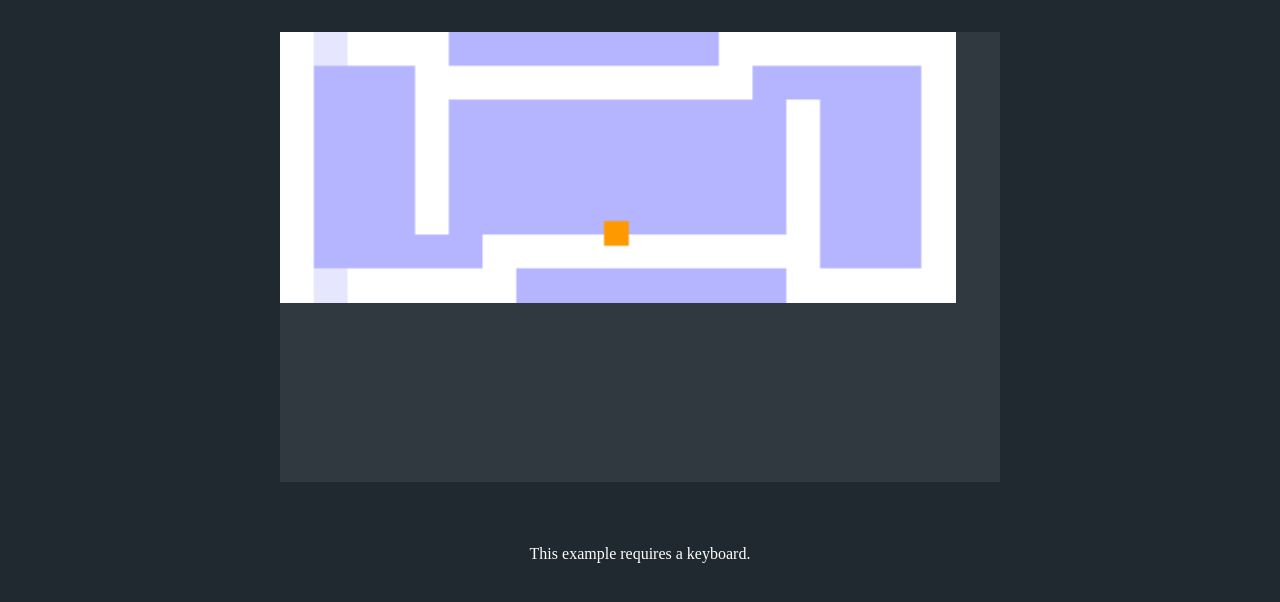
Repository: jh0l/WorldsHardestGame
Page: index.html
An editor plug-in stored every save of this project. The page is shown before and after the next save, followed by the edit.
The browser window is 1280 px wide. The pictures show the whole page.

Above is the page before, as saved 2018-07-19 00:30:41.

### index.html
<html>

<head>

	<meta name="viewport" content="width=device-width">
	<link href="src/index.css" rel="stylesheet" type="text/css">

	<title>PoP Vlog - Top Down Tiles</title>

</head>

<body>

	<canvas></canvas>

	<p>This example requires a keyboard.</p>

	<script src="src/index.js" type="text/javascript"></script>

</body>

</html>

### src/index.css
* {
  box-sizing: border-box;
  margin: 0;
  padding: 0;
}

html {
  height: 100%;
  width: 100%;
}

body {
  align-content: space-around;
  background-color: #202830;
  color: #ffffff;
  display: grid;
  grid-template-columns: auto;
  grid-template-rows: auto auto auto auto;
  height: 100%;
  justify-content: space-around;
  text-align: center;
  width: 100%;
}

canvas {
  background-color: #303840;
  justify-self: center;
}

### src/index.js
(function() {
  "use strict";

  var controller, display, game;

  controller = {
    down: false,
    left: false,
    right: false,
    up: false,

    keyUpDown: function(event) {
      var key_state = event.type == "keydown" ? true : false;

      switch (event.keyCode) {
        case 65:
          controller.left = key_state;
          break; // left key
        case 87:
          controller.up = key_state;
          break; // up key
        case 68:
          controller.right = key_state;
          break; // right key
        case 83:
          controller.down = key_state;
          break; // down key
      }
    }
  };
  const tileValColor = (val, index) => {
    if (val !== '0') {
      return index % game.world.columns - 1 === 0 ? "#e6e6ff" : "#fff";
    }
    return "#b4b5fe";
  };
  display = {
    buffer: document.createElement("canvas").getContext("2d"),
    context: document.querySelector("canvas").getContext("2d"),
    output: document.querySelector("p"),

    render: function() {
      for (let index = game.world.map.length - 1; index > -1; --index) {
        this.buffer.fillStyle = tileValColor(game.world.map[index], index);
        this.buffer.fillRect(
          (index % game.world.columns) * game.world.tile_size,
          Math.floor(index / game.world.columns) * game.world.tile_size,
          game.world.tile_size,
          game.world.tile_size
        );
      }

      this.buffer.fillStyle = game.player.color;
      this.buffer.fillRect(
        game.player.x,
        game.player.y,
        game.player.width,
        game.player.height
      );

      this.context.drawImage(
        this.buffer.canvas,
        0,
        0,
        this.buffer.canvas.width,
        this.buffer.canvas.height,
        0,
        0,
        this.context.canvas.width,
        this.context.canvas.height
      );
    },

    resize: function(event) {
      var client_height = document.documentElement.clientHeight;

      display.context.canvas.width = document.documentElement.clientWidth - 32;

      if (display.context.canvas.width > client_height) {
        display.context.canvas.width = client_height;
      }

      display.context.canvas.height = Math.floor(
        display.context.canvas.width * 0.625
      );

      display.render();
    }
  };
  const playerSize = 11;
  game = {
    /* This is the player object. Make sure to note that for this collision method
    to work, you must record the current and last positions of your game objects
    to use in collision detection. It is used to calculate the vector used to determine
    if an object is entering into a collision tile and from what side. */
    player: {
      color: "#ff9900",
      height: playerSize,
      old_x: 160, // these are what you should take note of. Don't worry, it's useful
      old_y: 160, // to keep track of old positions for many physics methods. These aren't one trick pony's.
      speed: 3,
      velocity_x: 0,
      velocity_y: 0,
      width: playerSize,
      x: 160 - 16,
      y: 100 - 16,

      // These functions just make it easy to read the collision code
      get bottom() {
        return this.y + this.height;
      },
      get oldBottom() {
        return this.old_y + this.height;
      },
      get left() {
        return this.x;
      }, // kind of pointless, but used
      get oldLeft() {
        return this.old_x;
      }, // to help visualize the collision methods
      get right() {
        return this.x + this.width;
      },
      get oldRight() {
        return this.old_x + this.width;
      },
      get top() {
        return this.y;
      }, // equally pointless as left side calculations
      get oldTop() {
        return this.old_y;
      }
    },

    world: {
      map: []
      // the routing functions below with matching numbers

      // represent these tiles and route their values to
      // the collision methods you might expect based on their names
    },

    /* This object is responsible for getting the collision methods that match
    tile values in the map. It uses what I call routing functions to group reusable
    narrow phase collision methods together to create a variety of different tile
    boundary shapes. You can get the same effect with an array of routing functions rather
    than giving an object's routing functions numeric indexes, if you prefer. It might be faster. */
    collision: {
      // top wall collision tile
      1: function(object, row, column) {
        // The player hits the bottom of ceiling tiles.
        this.bottomCollision(object, row);
      },

      // left wall collision tile
      2: function(object, row, column) {
        this.rightCollision(object, column);
      },

      // right wall collision tile
      3: function(object, row, column) {
        // The player collides with the left side of a wall on the right of the map.
        this.leftCollision(object, column); // Confusing to visualize, but true.
      },

      // bottom wall collision tile
      4: function(object, row, column) {
        this.topCollision(object, row);
      },

      // block tile with four walls
      5: function(object, row, column) {
        /* It makes sense to test the most likely side to be collided with first.
        In a top down game, all sides are hit about the same number of times, depending
        on gameplay, but in a side scroller with downward pulling gravity, the tops of
        tiles will usually get the most traffic, so it makes sense to test the tops
        first in those scenarios. */
        if (this.topCollision(object, row)) {
          return;
        } // Make sure to early out
        if (this.leftCollision(object, column)) {
          return;
        } // if a collision is detected.
        if (this.rightCollision(object, column)) {
          return;
        }
        this.bottomCollision(object, row); // No need to early out on the last check.
      },
      // left and right only
      6: function(object, row, column) {
        if (this.leftCollision(object, column)) {
          return;
        }
        this.rightCollision(object, column);
      },
      // left, right and bottom only
      7: function(object, row, column) {
        if (this.leftCollision(object, column)) {
          return;
        }
        if (this.rightCollision(object, column)) {
          return;
        }
        this.bottomCollision(object, row); // No need to early out on the last check.
      },
      //left right and top only
      8: function(object, row, column) {
        if (this.leftCollision(object, column)) {
          return;
        }
        if (this.rightCollision(object, column)) {
          return;
        }
        this.topCollision(object, row); // No need to early out on the last check.
      },
      //left and top
      9: function(object, row, column) {
        if (this.leftCollision(object, column)) {
          return;
        }
        this.topCollision(object, row); // No need to early out on the last check.
      },
      //bottom and right
      a: function(object, row, column) {
        if (this.rightCollision(object, column)) {
          return;
        }
        this.bottomCollision(object, row); // No need to early out on the last check.
      },

      /* Here are the narrow phase collision detection and response functions.
      For a deeper insight into how these work, and what's going on, I'm using
      leftCollision as an example. The principles I explain here apply to all
      of the other narrow phase collision methods. Note that they're basically
      doing the same thing, just for different flat sides of a tile. */
      leftCollision(object, column) {
        /* To calculate the player's movement vector, I'm no longer using its velocity (like in the last tutorial).
        Instead, I'm going to calculate it based on it's current and last positions.
        the old way was if (object.velocity_x > 0), now it's if (object.x - object.old_x > 0).
        This is a bit more reliable in my opinion, depending on how and when you calculate your velocity. */

        /* If the object is not moving right, how will it ENTER into the left side of a tile?
        If not moving right, the player can't possibly ENTER the left side of a tile.
        We are only concerned with resolving collisions objects ENTER into. If they are spawned
        inside a collision tile, it is not the collision manager's job to resolve that, it is
        the level designer's job to fix the level design so collision can be as efficient as possible. */
        if (object.x - object.old_x > 0) {
          // the left side of the specified tile column
          var left = column * game.world.tile_size;

          /* This tests to see if our object is ENTERING through the collision boundary
          along the correct movement vector. If its current position is past the boundary
          and its old position is before the boundary, we know that it has entered into collision with the tile. */
          if (object.right > left && object.oldRight <= left) {
            object.velocity_x = 0;
            object.x = object.old_x = left - object.width - 0.001;
            /* You really don't need to reset the player's old position here if you are
            setting it at the start of each game loop, but if you are using a fixed time step
            game loop with interpolation, it will make your collisions look more pixel perfect.
            The reason for this is because with interpolation, your player may be drawn slightly
            away from the wall he just collided with on the next frame of animation depending on
            how much time has passed. So, you don't need to do this, but it doesn't hurt. It may
            be a problem if you end up changing old positions for player to player collisions as well,
            however, because old positions are used to calculate vectors for tile collision.
            Just make sure changing old positions are the last thing you do before the next frame,
            and you should be fine. */

            return true;
          }
        }

        return false;
      },

      rightCollision(object, column) {
        if (object.x - object.old_x < 0) {
          // the right side of the specified tile column
          var right = (column + 1) * game.world.tile_size;

          if (object.left < right && object.oldLeft >= right) {
            object.velocity_x = 0;
            object.old_x = object.x = right;

            return true;
          }
        }

        return false;
      },

      bottomCollision(object, row) {
        // if the object is moving up
        if (object.y - object.old_y < 0) {
          var bottom = (row + 1) * game.world.tile_size;

          if (object.top < bottom && object.oldTop >= bottom) {
            object.velocity_y = 0;
            object.old_y = object.y = bottom;
          }
        }
      },

      topCollision(object, row) {
        // if the object is moving down
        if (object.y - object.old_y > 0) {
          // the top side of the specified tile row
          var top = row * game.world.tile_size;

          // if the object has passed through the tile boundary since the last game cycle
          if (object.bottom > top && object.oldBottom <= top) {
            object.velocity_y = 0;
            object.old_y = object.y = top - object.height - 0.01;

            return true;
          }
        }

        return false;
      }
    },

    // The game loop:
    loop: function() {
      // Get controller input and move that player object!
      if (controller.down) {
        game.player.velocity_y += game.player.speed;
      }

      if (controller.up) {
        game.player.velocity_y -= game.player.speed;
      }

      if (controller.left) {
        game.player.velocity_x -= game.player.speed;
      }

      if (controller.right) {
        game.player.velocity_x += game.player.speed;
      }

      // Update the player object:
      game.player.old_x = game.player.x; // Set the old position to the current position
      game.player.old_y = game.player.y; // before we update the current position, thus making it current

      game.player.x += game.player.velocity_x; // Update the current position
      game.player.y += game.player.velocity_y;

      // Do collision detection and response with the boundaries of the screen.
      // if (game.player.x < 0) {
      //   game.player.velocity_x = 0;
      //   game.player.old_x = game.player.x = 0;
      // } else if (
      //   game.player.x + game.player.width >
      //   display.buffer.canvas.width
      // ) {
      //   game.player.velocity_x = 0;
      //   game.player.old_x = game.player.x =
      //     display.buffer.canvas.width - game.player.width - 0.001;
      //   /* I added that - 0.001 to the equation to really push the player object back into
      //   the game world. If the edge of the world is 320 px, and you set the right edge of
      //   the player obect to 320, technically its tile position will be 1 tile to the right of
      //   the edge of the world when calculated. Say there are 10 columns in the map, and each
      //   tile is 32 pixels wide. 320/32 is 10, but since our map index starts at 0, a value of 10
      //   falls outside of the map's number of columns. Failing to handle this can result in
      //   testing collision on tiles in another row, or tiles at undefined positions in the map array.*/
      // }

      if (game.player.y < 0) {
        game.player.velocity_y = 0;
        game.player.old_y = game.player.y = 0;
      } else if (
        game.player.y + game.player.height >
        display.buffer.canvas.height
      ) {
        game.player.velocity_y = 0;
        game.player.old_y = game.player.y =
          display.buffer.canvas.height - game.player.height - 0.001;
      }

      /* Here is where we do broadphase collision detection with the four corners of
      our player object. This is very important. In the last tutorial the player only
      had 1 collision registration point. Collision was simple, then. Now, it's just as
      simple, but we need to do it for each corner of our player object. */

      /* Once again, there's no point of testing collision if we're not moving. depending
      on which direction we are moving we must test different collision registration points
      on our player. For instance, if he is moving left, we test the points on his left side: */
      if (game.player.x - game.player.old_x < 0) {
        // test collision on left side of player if moving left

        /* There are much more efficient ways to write this code without repeating
        variable names and this big monsterous block of if statements, but I thought it
        would be good to have specific variable names and less abstraction so you can
        get an idea of what's going on. */
        var left_column = Math.floor(game.player.left / game.world.tile_size);
        var bottom_row = Math.floor(game.player.bottom / game.world.tile_size);
        var value_at_index =
          game.world.map[bottom_row * game.world.columns + left_column];

        if (value_at_index != 0) {
          // Check the bottom left point

          game.collision[value_at_index](game.player, bottom_row, left_column);
          display.output.innerHTML =
            "last tile collided with: " + value_at_index;
        }

        var top_row = Math.floor(game.player.top / game.world.tile_size);
        value_at_index =
          game.world.map[top_row * game.world.columns + left_column];

        if (value_at_index != 0) {
          // Check the top left point

          game.collision[value_at_index](game.player, top_row, left_column);
          display.output.innerHTML =
            "last tile collided with: " + value_at_index;
        }
      } else if (game.player.x - game.player.old_x > 0) {
        // Is the player moving right?

        var right_column = Math.floor(game.player.right / game.world.tile_size);
        var bottom_row = Math.floor(game.player.bottom / game.world.tile_size);
        var value_at_index =
          game.world.map[bottom_row * game.world.columns + right_column];

        if (value_at_index != 0) {
          // Check the bottom right point

          game.collision[value_at_index](game.player, bottom_row, right_column);
          display.output.innerHTML =
            "last tile collided with: " + value_at_index;
        }

        var top_row = Math.floor(game.player.top / game.world.tile_size);
        value_at_index =
          game.world.map[top_row * game.world.columns + right_column];

        if (value_at_index != 0) {
          // Check the top right point

          game.collision[value_at_index](game.player, top_row, right_column);
          display.output.innerHTML =
            "last tile collided with: " + value_at_index;
        }
      }

      if (game.player.y - game.player.old_y < 0) {
        var left_column = Math.floor(game.player.left / game.world.tile_size);
        var top_row = Math.floor(game.player.top / game.world.tile_size);
        var value_at_index =
          game.world.map[top_row * game.world.columns + left_column];

        if (value_at_index != 0) {
          // Check the top left point

          game.collision[value_at_index](game.player, top_row, left_column);
          display.output.innerHTML =
            "last tile collided with: " + value_at_index;
        }

        var right_column = Math.floor(game.player.right / game.world.tile_size);
        value_at_index =
          game.world.map[top_row * game.world.columns + right_column];

        if (value_at_index != 0) {
          // Check the top right point

          game.collision[value_at_index](game.player, top_row, right_column);
          display.output.innerHTML =
            "last tile collided with: " + value_at_index;
        }
      } else if (game.player.y - game.player.old_y > 0) {
        var left_column = Math.floor(game.player.left / game.world.tile_size);
        var bottom_row = Math.floor(game.player.bottom / game.world.tile_size);
        var value_at_index =
          game.world.map[bottom_row * game.world.columns + left_column];

        if (value_at_index != 0) {
          // Check the bottom left point

          game.collision[value_at_index](game.player, bottom_row, left_column);
          display.output.innerHTML =
            "last tile collided with: " + value_at_index;
        }

        var right_column = Math.floor(game.player.right / game.world.tile_size);
        value_at_index =
          game.world.map[bottom_row * game.world.columns + right_column];

        if (value_at_index != 0) {
          // Check the bottom right point

          game.collision[value_at_index](game.player, bottom_row, right_column);
          display.output.innerHTML =
            "last tile collided with: " + value_at_index;
        }
      }

      game.player.velocity_x = 0;
      game.player.velocity_y = 0;

      display.render();

      window.requestAnimationFrame(game.loop);
    }
  };

  display.buffer.canvas.height = 200;
  display.buffer.canvas.width = 320;

  window.addEventListener("resize", display.resize);
  window.addEventListener("keydown", controller.keyUpDown);
  window.addEventListener("keyup", controller.keyUpDown);

  display.resize();
  // 1s are ceiling tiles
  // 2s and 3s are right and left wall tiles
  // 5 is a solid block/box tile
  // 4 is a floor tile
  const mapStr = `
11111000000001111111
2000311111111a000003
20006000000000080003
20006000000000060003
20006000000000060003
20007000000000060003
20000094444444420003
14444410000000014441
`;
  const map = mapStr
    .slice(1, -1)
    .replace(/\n/g, "")
    .split("");
  game.world = Object.assign(game.world, {
    columns: mapStr.split("\n")[1].length,
    rows: 5,
    tile_size: 15,
    map
  });
  game.loop();
})();

After the next save:
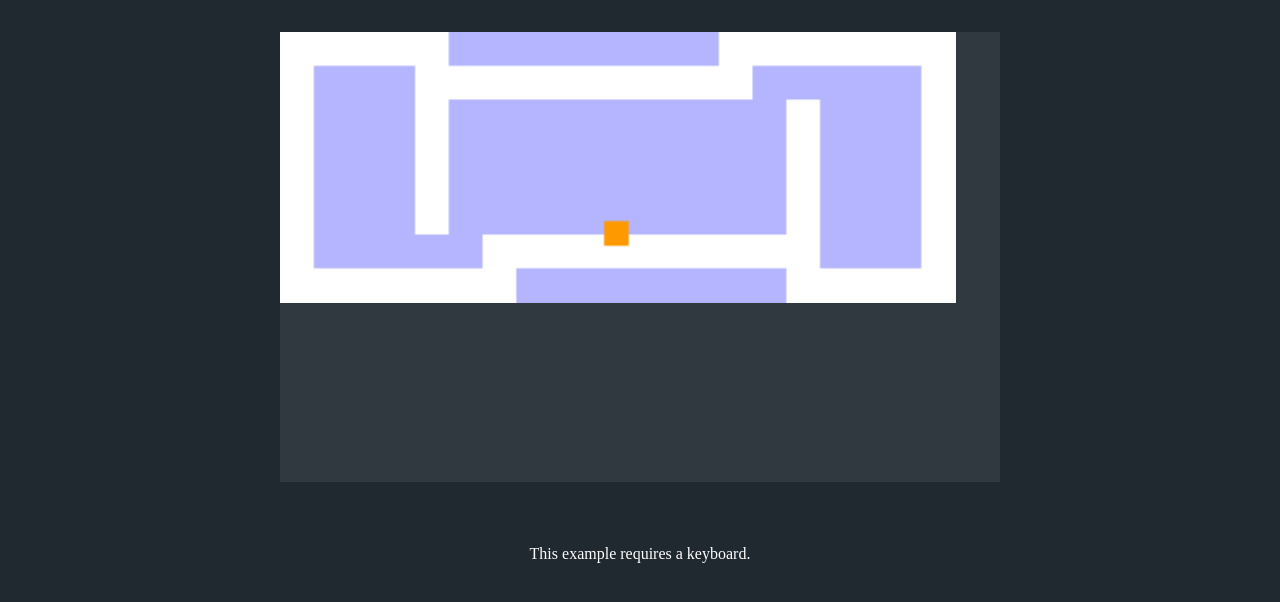
Saved 4 s later.
--- a/src/index.js
+++ b/src/index.js
@@ -30,7 +30,7 @@
   };
   const tileValColor = (val, index) => {
     if (val !== '0') {
-      return index % game.world.columns - 1 === 0 ? "#e6e6ff" : "#fff";
+      return index % game.world.columns + 2 === 0 ? "#e6e6ff" : "#fff";
     }
     return "#b4b5fe";
   };
